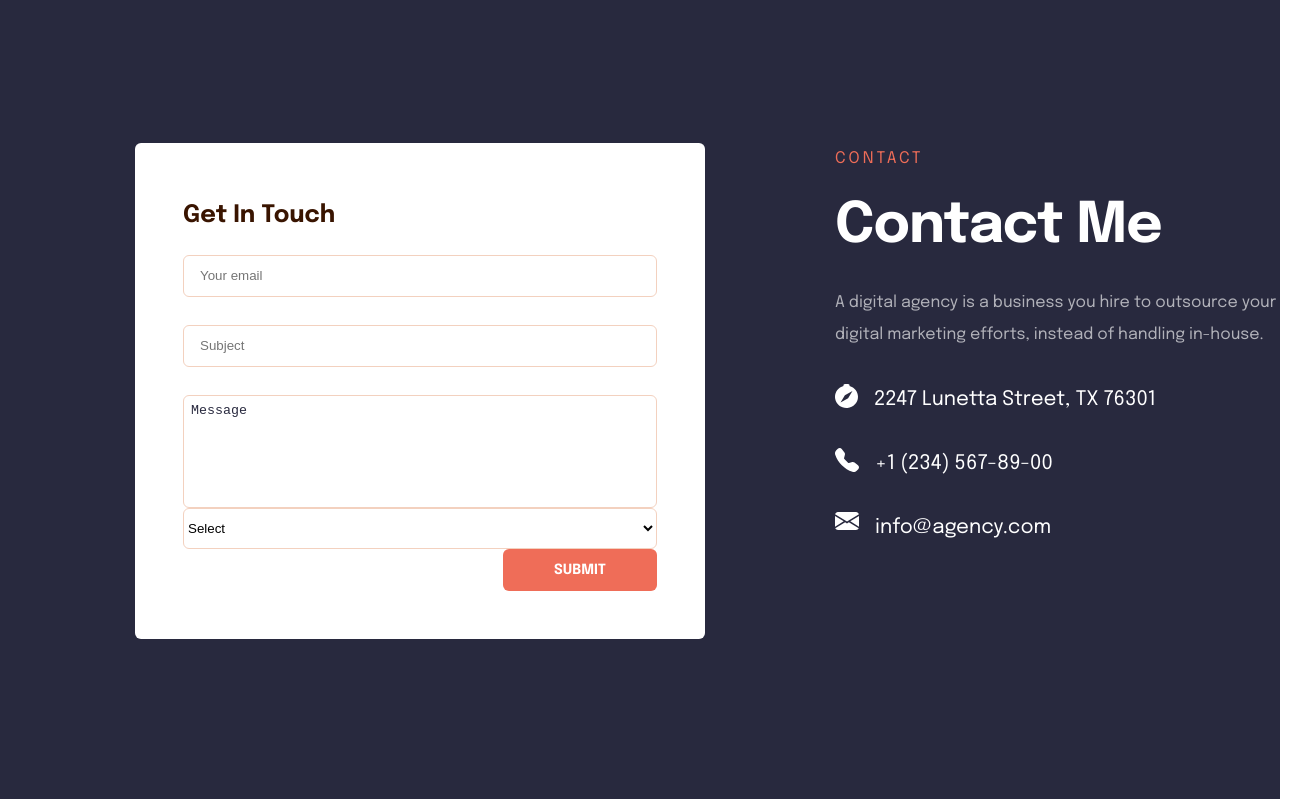
Repository: FaridRustamov09/task20
Page: index.html
The author's editor kept a copy of each file at every save. The page is drawn from the files as they stood at one save, then again after the next save.
The browser window is 1280 px wide. The page is 1305 px wide, so the pictures cover 1305 px, including what lies to the right of the window. The pictures show the whole page.

Above is the page before, as saved 2024-01-13 14:45:03.

### index.html
<!DOCTYPE html>
<html lang="en">
  <head>
    <meta charset="UTF-8" />
    <meta name="viewport" content="width=device-width, initial-scale=1.0" />
    <title>Document</title>
    <link rel="stylesheet" href="index.css" />
  </head>
  <body>
    <div class="container">
      <div class="login">
        <b>Get In Touch</b>
        <input type="email" placeholder="Your email" />
        <!-- <label for="Subject">
      <select name="Subject" id="">
        <option value="Baku">Baku</option>
        <option value="Istanbul">Istanbul</option>
      </select>
      </label> -->
        <input type="text" placeholder="Subject" />
        <textarea name="" id=""  placeholder="Message" ></textarea>
        <select name="" id="" >
          <option value="">Select</option>
          <option value="">A</option>
          <option value="">A</option>
        </select>
        <button type="submit">Submit</button>
      </div>
      <div class="left-box">
        <h2>Contact</h2>
        <h1>Contact Me</h1>
        <p>
          A digital agency is a business you hire to outsource your digital
          marketing efforts, instead of handling in-house.
        </p>
        <ul>
          <li>
            <svg
              xmlns="http://www.w3.org/2000/svg"
              width="23"
              height="24"
              viewBox="0 0 23 24"
              fill="none"
            >
              <path
                fill-rule="evenodd"
                clip-rule="evenodd"
                d="M12.5128 23.9559C18.4476 23.4434 22.9991 18.5852 23 12.7619C22.9992 7.68681 19.5202 3.24133 14.5089 1.91219C14.6419 1.45966 14.5495 0.972375 14.2595 0.596433C13.9696 0.220491 13.5157 -0.000396111 13.034 0H9.9675C9.4858 -0.000396111 9.03192 0.220491 8.74193 0.596433C8.45195 0.972375 8.35958 1.45966 8.49253 1.91219C2.74205 3.43556 -0.865618 8.99957 0.179927 14.7325C1.22547 20.4654 6.57793 24.4683 12.5128 23.9559ZM17.4618 6.91176L17.465 6.90994L17.462 6.91144L17.4618 6.91176ZM17.4618 6.91176L9.87551 11.1479L5.53646 18.5674L13.126 14.3294L17.4618 6.91176Z"
                fill="white"
              />
            </svg>
            <h3>2247 Lunetta Street, TX 76301</h3>
          </li>
          <li>
            <svg
              xmlns="http://www.w3.org/2000/svg"
              width="24"
              height="24"
              viewBox="0 0 24 24"
              fill="none"
            >
              <path
                fill-rule="evenodd"
                clip-rule="evenodd"
                d="M2.82812 0.765296C3.35902 0.235151 4.09188 -0.0416708 4.84066 0.0050961C5.58945 0.051863 6.28217 0.417722 6.743 1.00981L9.43541 4.46897C9.92889 5.10349 10.1029 5.93003 9.9079 6.71007L9.08742 9.99522C9.00114 10.3413 9.10245 10.7073 9.35441 10.9598L13.0398 14.6454C13.2925 14.8979 13.6592 14.9993 14.0058 14.9124L17.2892 14.0919C18.0691 13.8969 18.8953 14.0711 19.5301 14.5644L22.989 17.2555C24.2324 18.2231 24.3464 20.0607 23.2335 21.1722L21.6825 22.7233C20.5726 23.8333 18.9136 24.3209 17.3672 23.7763C13.4091 22.3836 9.81531 20.1174 6.85249 17.146C3.88152 14.1834 1.61557 10.5899 0.222699 6.63206C-0.320284 5.08699 0.167201 3.42642 1.27717 2.31637L2.82812 0.765296Z"
                fill="white"
              />
            </svg>
            <h3>+1 (234) 567-89-00</h3>
          </li>
          <li>
            <svg
              xmlns="http://www.w3.org/2000/svg"
              width="24"
              height="18"
              viewBox="0 0 24 18"
              fill="none"
            >
              <path
                fill-rule="evenodd"
                clip-rule="evenodd"
                d="M3 0C1.60024 -9.42171e-05 0.386447 0.967828 0.075 2.3325L12 9.621L23.925 2.3325C23.6136 0.967828 22.3998 -9.42171e-05 21 0H3ZM0 14.7015V4.0455L8.7045 9.3645L0 14.7015ZM10.1415 10.245L0.2865 16.2855C0.78351 17.3335 1.84012 18.0011 3 18H21C22.1597 18.0003 23.2157 17.3321 23.712 16.284L13.857 10.2435L12 11.379L10.1415 10.2435V10.245ZM24 14.7015L15.2955 9.366V9.3645L24 4.0455V14.7015Z"
                fill="white"
              />
            </svg>
            <h3>info@agency.com</h3>
          </li>
        </ul>
      </div>
    </div>
  </body>
</html>

### index.css
@import url("https://fonts.googleapis.com/css2?family=Epilogue:ital,wght@0,400;0,700;1,800&family=Inter:wght@400;500;600;700&family=Roboto+Slab:wght@400;700&display=swap");
* {
  margin: 0;
  padding: 0;
  box-sizing: border-box;
}
.container {
  padding: 143px 135px 160px 135px;
  background-color: #28293e;
  min-height: 100vh;
  display: flex;
}
.login {
  width: 570px;
  height: 496px;
  border-radius: 6px;
  background: #fff;
  display: flex;
  flex-direction: column;
  padding: 57px 48px 48px 48px;
}
.login b {
  color: var(--Text_Dark, #391400);
  font-feature-settings:
    "clig" off,
    "liga" off;
  font-family: Epilogue;
  font-size: 24px;
  font-style: normal;
  font-weight: 700;
  line-height: 32px;
  margin-bottom: 23px;
}
.login input {
  width: 474px;
  height: 48px;
  border-radius: 6px;
  border: 1px solid #f3d1bf;
  background: #fff;
  margin-bottom: 28px;
  padding-left: 16px;
  outline: none;
}

textarea {
  width: 474px;
  height: 128px;
  border-radius: 6px;
  border: 1px solid #f3d1bf;
  background: #fff;
  resize: none;
  padding: 7px;
  outline: none;
}
textarea::placeholder {
  color: #28293e;
}
button {
  width: 154px;
  height: 48px;
  border-radius: 6px;
  background: #ef6d58;
  color: #FFF;
text-align: center;
font-family: Epilogue;
font-size: 14px;
font-style: normal;
font-weight: 900;
line-height: normal;
text-transform: uppercase;
border: none;
margin-left: auto;
}
.left-box {
  margin-left: 130px;
}
.left-box h2 {
  color: var(--Text_Light_Accent, #ef6d58);
  font-feature-settings:
    "clig" off,
    "liga" off;
  font-family: Epilogue;
  font-size: 16px;
  font-style: normal;
  font-weight: 400;
  line-height: 32px;
  letter-spacing: 3px;
  text-transform: uppercase;
  margin-bottom: 20px;
}
.left-box h1 {
  color: var(--Text_Light, #fff);
  font-feature-settings:
    "clig" off,
    "liga" off;
  font-family: Epilogue;
  font-size: 56px;
  font-style: normal;
  font-weight: 800;
  line-height: 64px;
  letter-spacing: -1px;
  margin-bottom: 28px;
}
.left-box p {
  width: 470px;
  color: var(--Text_Light_Gray, rgba(255, 255, 255, 0.64));
  font-feature-settings:
    "clig" off,
    "liga" off;
  font-family: Epilogue;
  font-size: 16px;
  font-style: normal;
  font-weight: 400;
  line-height: 32px;
  margin-bottom: 33px;
}
ul {
  display: flex;
  flex-direction: column;
}
li {
  list-style-type: none;
  display: flex;
}
.left-box ul li h3 {
  color: var(--Text_Light, #fff);
  font-feature-settings:
    "clig" off,
    "liga" off;
  font-family: Epilogue;
  font-size: 20px;
  font-style: normal;
  font-weight: 400;
  line-height: 32px;
  margin-left: 16px;
  margin-bottom: 32px;
}
select{
  border-radius: 6px;
border: 1px solid #F3D1BF;
background: #FFF;
width: 474px;
height: 48px;
}

After the next save:
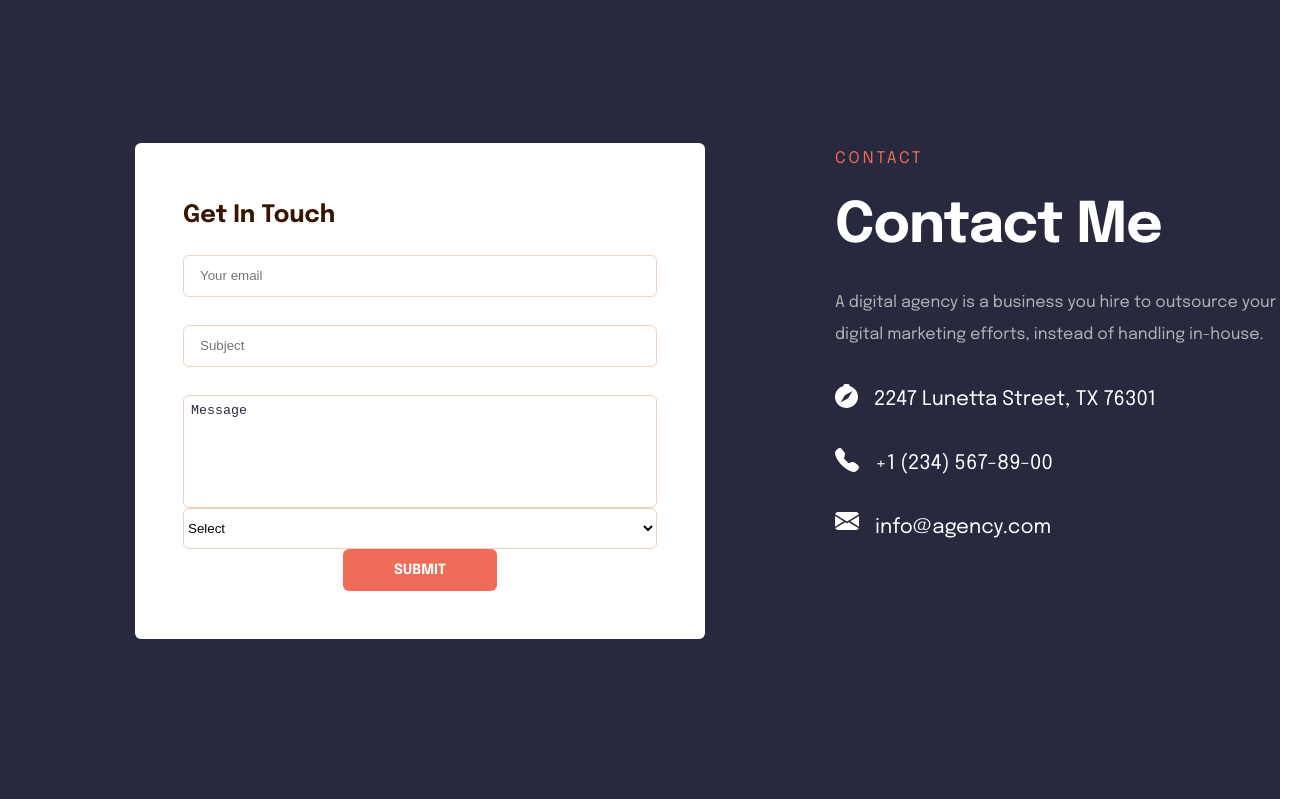
Saved 9 s later.
--- a/index.css
+++ b/index.css
@@ -69,7 +69,7 @@ font-weight: 900;
 line-height: normal;
 text-transform: uppercase;
 border: none;
-margin-left: auto;
+margin: auto;
 }
 .left-box {
   margin-left: 130px;
